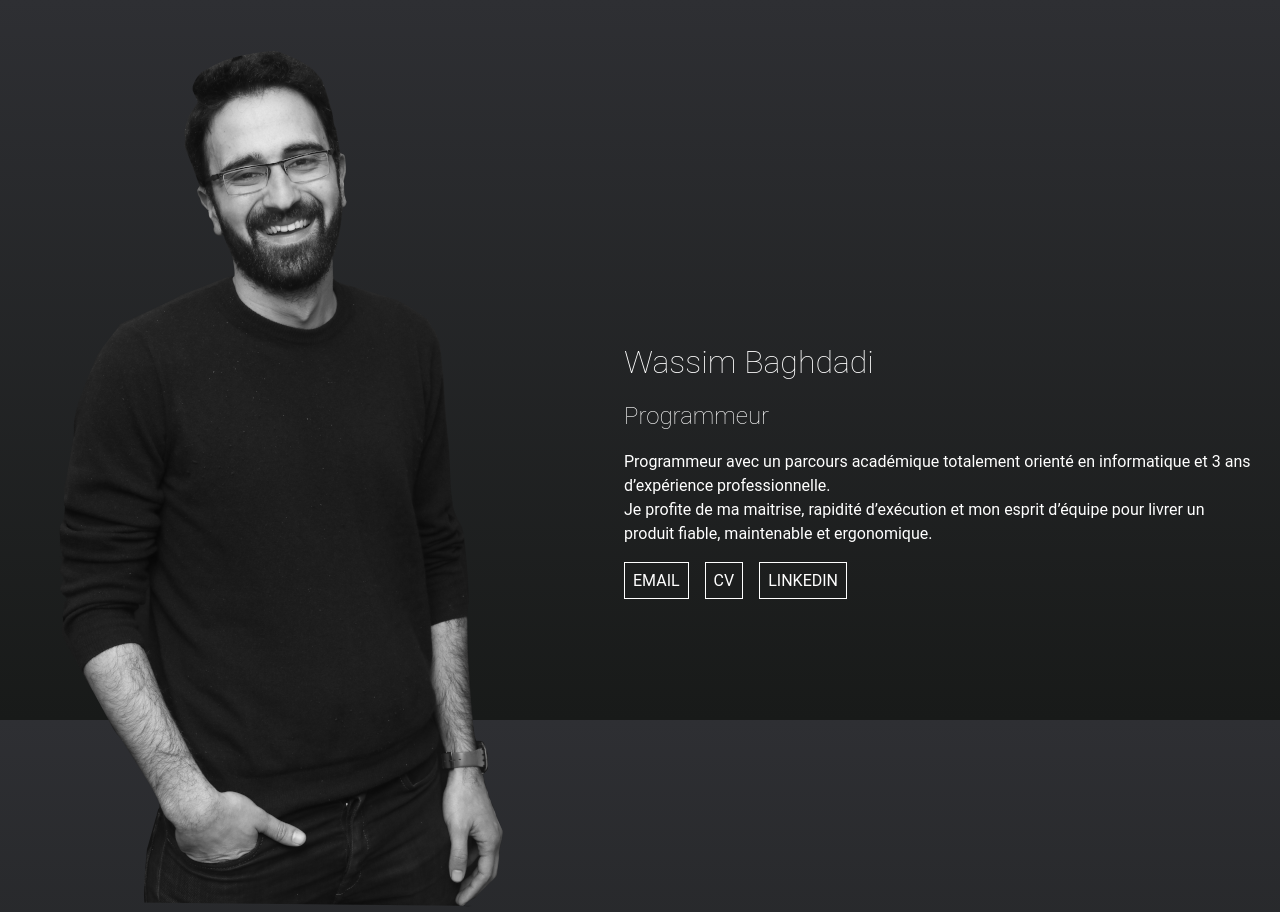
Repository: vvassim-baghdadi/wassimbaghdadi
Page: /
The author's editor kept a copy of each file at every save. The page is drawn from the files as they stood at one save, then again after the next save.
The browser window is 1280 px wide. The pictures show the whole page.
The project was rebuilt for these pictures with package versions that can differ from the ones it lists, and the page was loaded fresh each time. The framework's server and built-in components were replaced by stand-ins that run in the browser. Also part of the build but not shown: next.config.js.

Above is the page before, as saved 2023-01-18 12:49:05.

### src/pages/index.tsx
import Head from "next/head";
import { Inter } from "@next/font/google";
import styles from "@/styles/Home.module.css";

const inter = Inter({ subsets: ["latin"] });

export default function Home() {
  return (
    <>
      <Head>
        <title>Wassim Baghdadi</title>
        <meta
          name="description"
          content="Programmeur avec un parcours académique totalement orienté en informatique et 3 ans d’expérience professionnelle. Je profite de ma maitrise, rapidité d’exécution et mon esprit d’équipe pour livrer un produit fiable, maintenable et ergonomique."
        />
        <meta name="viewport" content="width=device-width, initial-scale=1" />
        <link rel="icon" href="/favicon.ico" />
      </Head>
      <main>
        <div className={styles.content}>
          <div className={styles["image-container"]}>
            <img
              srcSet="
              /assets/images/wassim-baghdadi/wassim-baghdadi-600x900.png 600w,
              /assets/images/wassim-baghdadi/wassim-baghdadi-200x300.png 200w
            "
              sizes="(max-width: 600px) 200px, 600px"
              src="/assets/images/wassim baghdadi/Wassim Baghdadi 600x900.png"
              loading="lazy"
              alt="Wassim Baghdadi Photo"
            />
          </div>
          <div className={styles.info}>
            <h1>Wassim Baghdadi</h1>
            <h2>Programmeur</h2>
            <p>
              Programmeur avec un parcours académique totalement orienté en
              informatique et 3 ans d’expérience professionnelle.
              <br />
              Je profite de ma maitrise, rapidité d’exécution et mon esprit
              d’équipe pour livrer un produit fiable, maintenable et
              ergonomique.
            </p>
            <div className={styles.links}>
              <a
                className={styles.button}
                href="mailto:vvassim.baghdadi@gmail.com"
                download
                target="_blank"
              >
                Email
              </a>
              <a
                className={styles.button}
                href="./assets/files/CV-Wassim Baghdadi.pdf"
                download
                target="_blank"
              >
                CV
              </a>
              <a
                className={styles.button}
                target="_blank"
                href="https://www.linkedin.com/in/wassim-baghdadi"
              >
                LinkedIn
              </a>
            </div>
          </div>
        </div>
      </main>
    </>
  );
}

### src/styles/globals.css
html {
  width: 100%;
  height: 100%;
  background-color: black;
  background-image: linear-gradient(180deg, #2e2f33 0%, #181a19 100%);
}
body {
  color: white;
  font-family: "Roboto", -apple-system, BlinkMacSystemFont, "Segoe UI", "Ubuntu",
    "Oxygen", "Helvetica Neue", Arial, sans-serif;
}
main {
  display: flex;
  justify-content: center;
}
h1,
h2 {
  font-weight: lighter;
}
a {
  color: white;
  text-decoration: none;
}
p {
  line-height: 1.5;
}

### src/styles/Home.module.css
.button {
  text-transform: uppercase;
  padding: 0.5rem;
  border: 1px solid white;
  width: fit-content;
}
.content {
  display: flex;
}
@media screen and (max-width: 599px) {
  .content {
    flex-direction: column;
    justify-content: center;
  }
  .image-container {
    display: flex;
    justify-content: center;
  }
}
@media screen and (min-width: 600px) {
  .content {
    max-width: 1440px;
    flex-direction: row;
    justify-content: center;
    align-items: center;
  }
}
.info {
  padding: 1rem;
}
.links {
  display: flex;
}
.links > *:not(:first-child) {
  margin-left: 1rem;
}

Loaded but not shown: src/pages/_app.tsx (common file); src/pages/_document.tsx (common file)

After the next save:
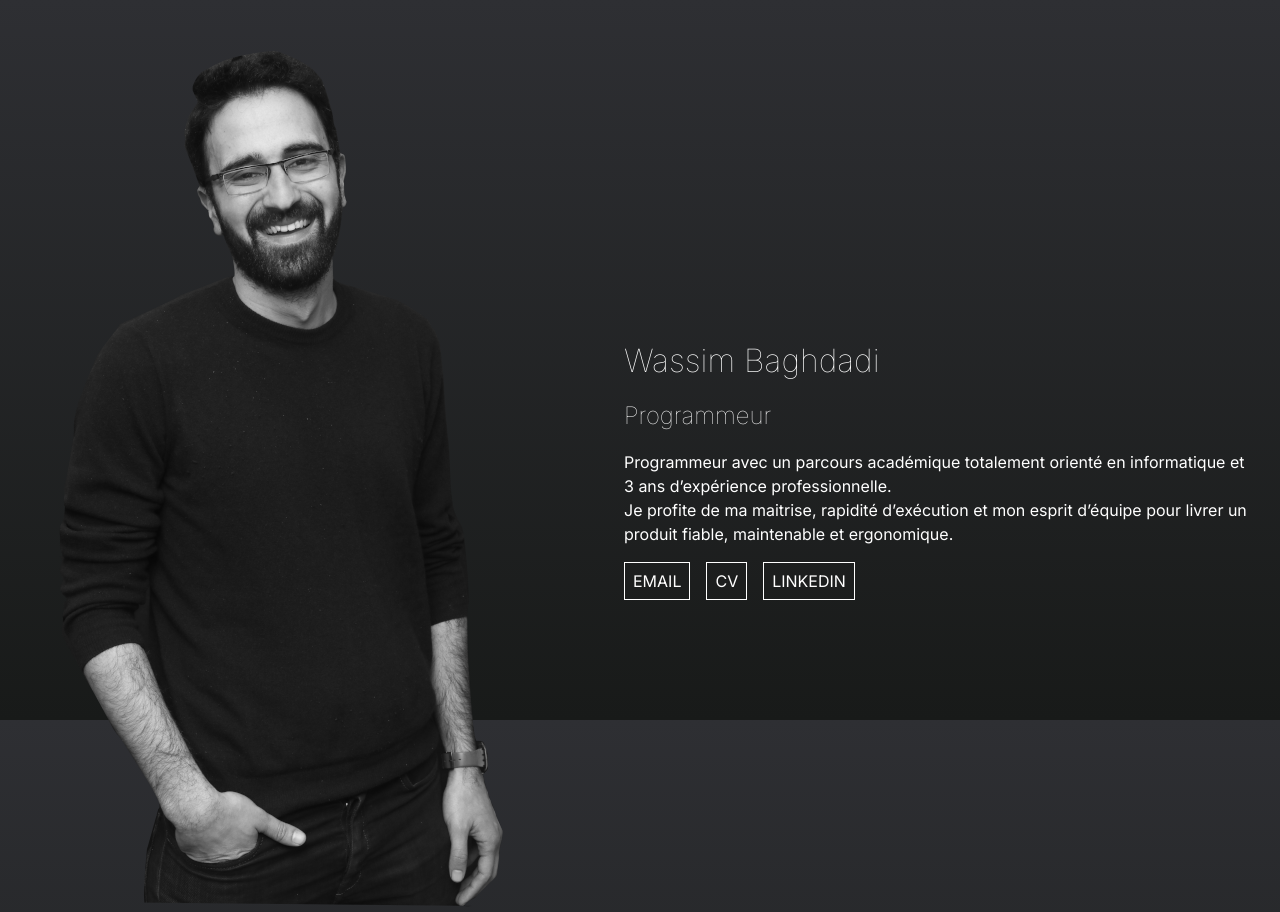
Saved 4 min 45 s later.
--- a/src/pages/index.tsx
+++ b/src/pages/index.tsx
@@ -16,7 +16,7 @@
         <meta name="viewport" content="width=device-width, initial-scale=1" />
         <link rel="icon" href="/favicon.ico" />
       </Head>
-      <main>
+      <main className={inter.className}>
         <div className={styles.content}>
           <div className={styles["image-container"]}>
             <img

After the save that followed:
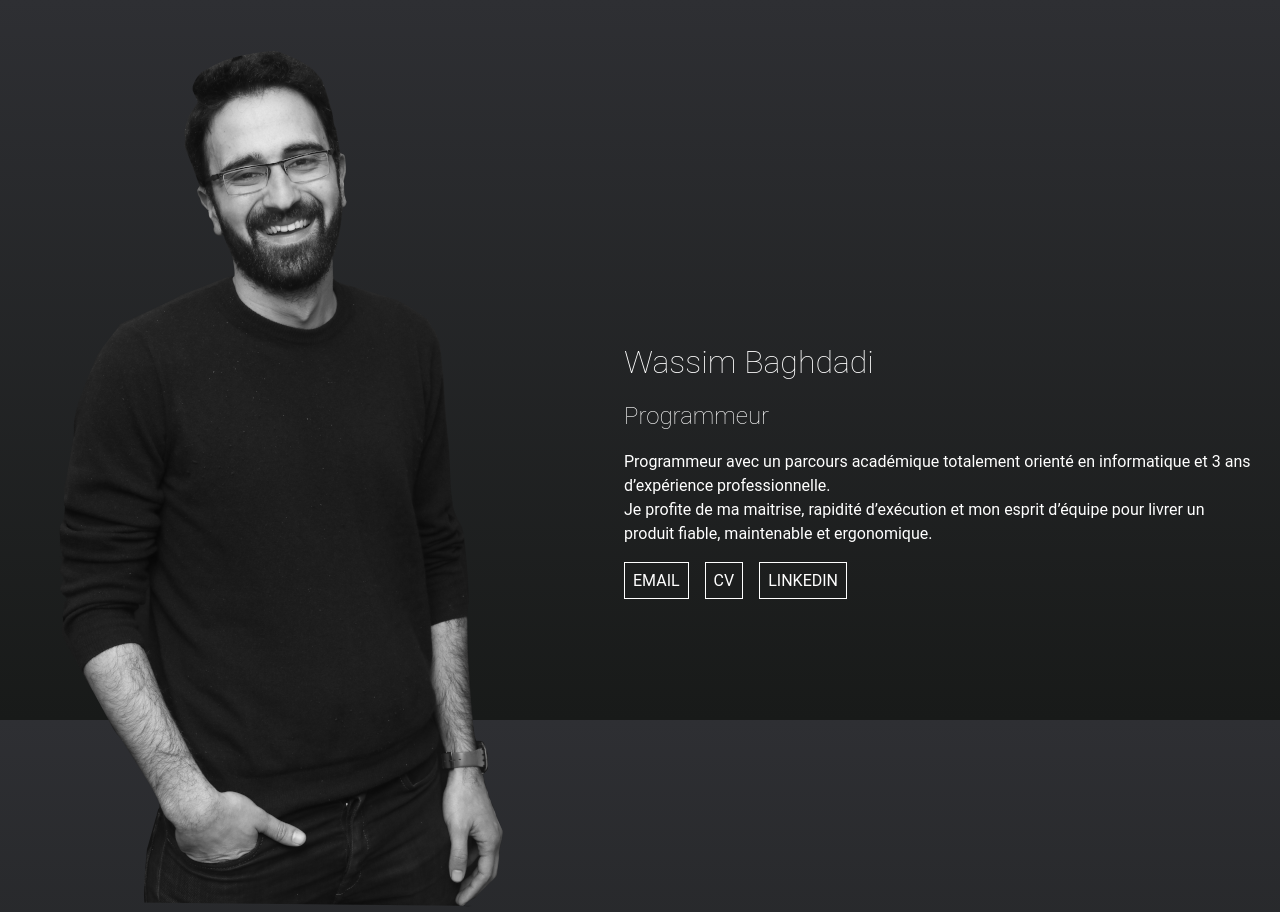
Saved 14 s later.
--- a/src/pages/index.tsx
+++ b/src/pages/index.tsx
@@ -16,7 +16,7 @@
         <meta name="viewport" content="width=device-width, initial-scale=1" />
         <link rel="icon" href="/favicon.ico" />
       </Head>
-      <main className={inter.className}>
+      <main>
         <div className={styles.content}>
           <div className={styles["image-container"]}>
             <img
